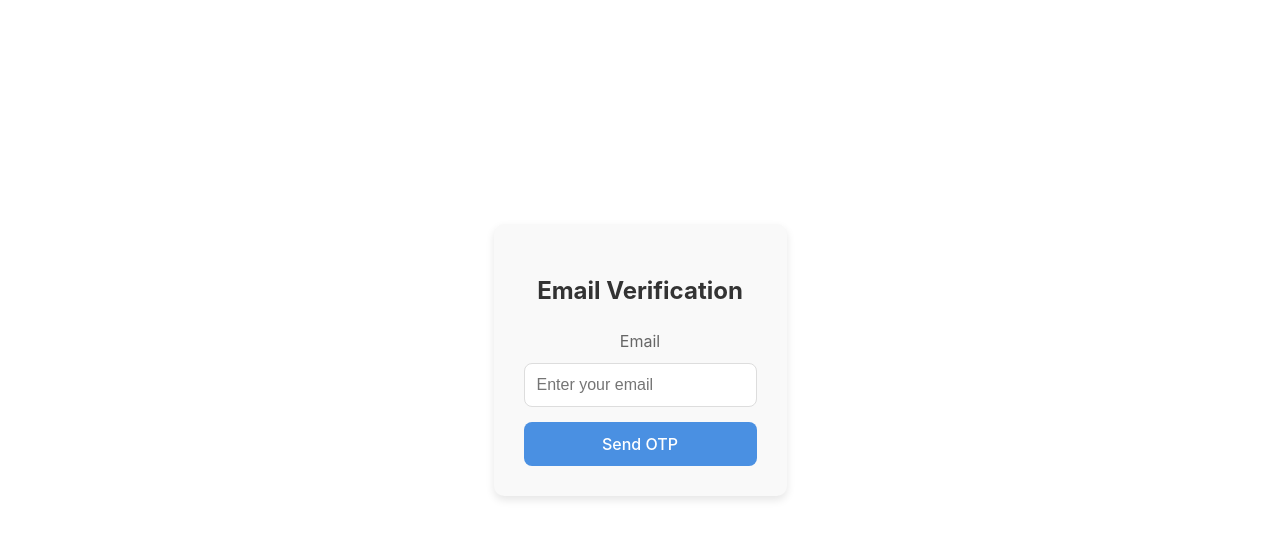
Repository: sarathraj2002/MockTest
Page: / (app in Frontend/)
The author's editor kept a copy of each file at every save. The page is drawn from the files as they stood at one save, then again after a run of saves.
The browser window is 1280 px wide. The pictures show the whole page.
The project was rebuilt for these pictures with package versions that can differ from the ones it lists, and the page was loaded fresh each time. Also part of the build but not shown: Frontend/vite.config.js, Frontend/src/components/Home.jsx, Frontend/src/components/Mail.jsx.

Above is the page before, as saved 2024-11-13 16:58:20.

After the next 2 saves:
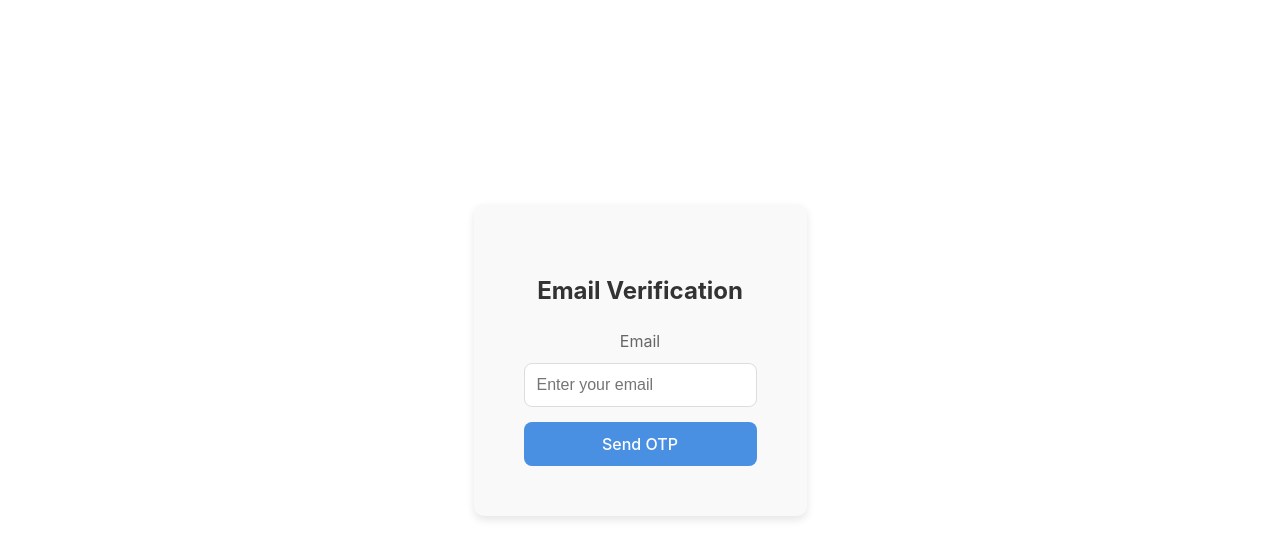
The 2 saves are shown as one change because they came seconds apart.
The last was saved 35 s later.
--- a/Frontend/src/components/Otp.jsx
+++ b/Frontend/src/components/Otp.jsx
@@ -54,7 +54,7 @@ function Email({ onEmailSubmit }) {
   style={{
     maxWidth: '400px',
     margin: 'auto',
-    padding: '30px',
+    padding: '50px',
     textAlign: 'center',
     backgroundColor: '#f9f9f9',
     boxShadow: '0 4px 8px rgba(0, 0, 0, 0.1)',
